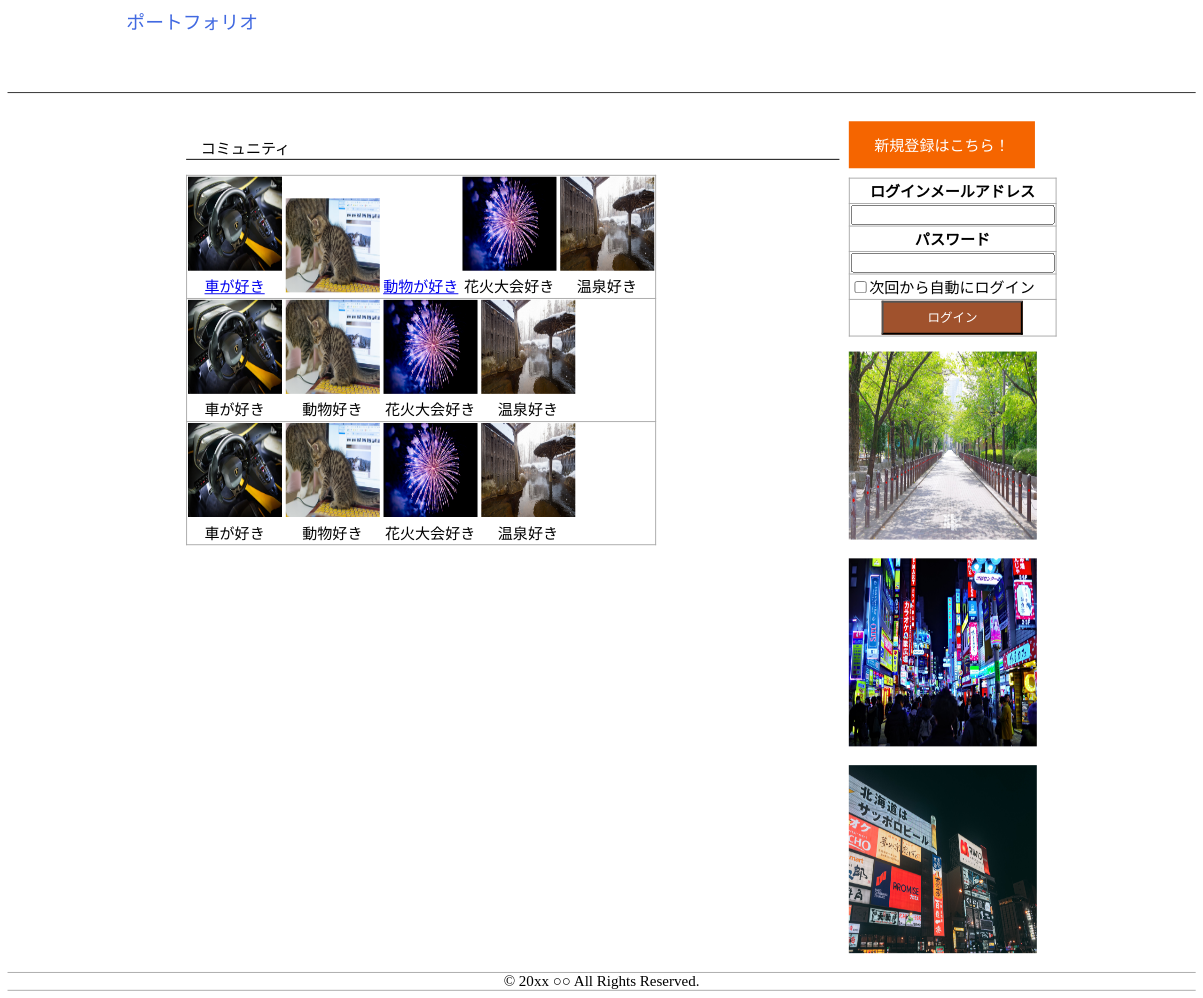
Repository: yuukiabc/samurai_PHP
Page: Login.html
The author's editor kept a record of every edit. The page is drawn from the files as they stood at one moment, then again after the next edit.
The browser window is 1280 px wide. The pictures show the whole page, at 94% of full size.

Above is the page before.

### Login.html
<!DOCTYPE html>
<html>
    <head><meta charset="UTF-8">
        <title>sns</title>
        <link rel="stylesheet"type="text/css"href="Login.css">
    </head>
    <body>

            <div class="f">
                <a href="HP.html">ポートフォリオ</a>
            </div>
            <div class="h">
            <div class="c">
                <p>　コミュニティ</p>
                <table>
                <tr>
                    <td>
                        <div class="community">
                            <img src="16.jpg" alt="画像"width="100" height="100">
                            <br><a href="#">車が好き</a>
                        </div>
                        <div class="community">
                            <img src="17.jpg" alt="画像"width="100" height="100">
                            <a href="#">動物が好き</a>
                        </div>
                        <div class="community">
                            <img src="18.jpg" alt="画像"width="100" height="100">
                            <br>花火大会好き
                        </div>
                        <div class="community">
                            <img src="19.jpg" alt="画像"width="100" height="100">
                            <br>温泉好き
                        </div>
                    </td>
                </tr>
                <tr>
                    <td>
                        <div class="community">
                            <img src="16.jpg" alt="画像"width="100" height="100">
                            <br>車が好き
                        </div>
                        <div class="community">
                            <img src="17.jpg" alt="画像"width="100" height="100">
                            <br>動物好き
                        </div>
                        <div class="community">
                            <img src="18.jpg" alt="画像"width="100" height="100">
                            <br>花火大会好き
                        </div>
                        <div class="community">
                            <img src="19.jpg" alt="画像"width="100" height="100">
                            <br>温泉好き
                        </div>
                    </td>
                </tr>
                <tr>
                    <td>
                        <div class="community">
                            <img src="16.jpg" alt="画像"width="100" height="100">
                            <br>車が好き
                        </div>
                        <div class="community">
                            <img src="17.jpg" alt="画像"width="100" height="100">
                            <br>動物好き
                        </div>
                        <div class="community">
                            <img src="18.jpg" alt="画像"width="100" height="100">
                            <br>花火大会好き
                        </div>
                        <div class="community">
                            <img src="19.jpg" alt="画像"width="100" height="100">
                            <br>温泉好き
                        </div>
                    </td>
                </tr>
                </table>
            </div>

        <div class="a">
            <a href=""class="btn">新規登録はこちら！</a>
           <div align="center">
              <table>
                  <form action="HP.html" method="get">
                        <tr>
                          <th>
                              ログインメールアドレス
                          </th>
                        </tr>
                        <tr>
                          <td>
                              <input type="email" name="log-in e-mail address" value="" size="24">
                          </td>
                        </tr>
                      <tr>
                          <th>
                             パスワード
                          </th>
                        </tr>
                        <tr>
                          <td>
                              <input type="password" name="password" value="" size="24">
                          </td>
                        </tr>
                        <tr>
                            <td>
                            <input type="checkbox" name="Automatic login" value="1">次回から自動にログイン
                            </td>
                        </tr>
                        <tr>
                          <td align="center"colspan="2">

                              <input type="submit" class="btn2"value="ログイン">

                          </td>
                        </tr>
                  </form>
              </table>
            </div>
                <p>
                    <img src="8.jpg"alt="写真">
                </p>
                <p>
                    <img src="9.jpg"alt="写真">
                </p>
                <p>
                    <img src="10.jpg"alt="写真">
                </p>
            </div>
        </div>
        <div class="g">
            <p>&copy; 20xx ○○ All Rights Reserved.</p>
        </div>
    </body>
</html>

### Login.css
.f{
    border-bottom: 1px solid #2b2b2b;
    height:90px;
}
.f a{
  margin-left: 10%;
  text-decoration: none;
  font-size: 20px;
  color: #4169e1;
}
.menu{
    border-top: 1px solid #2b2b2b;
}
.h{
    overflow: hidden;
}
.a{
    height:100%;
    width:15%;
    float:left;
    margin-top:30px;
    padding-left:10px;
    box-sizing: border-box;
}
.a img{
    height:200px;
    width:200px;
}
.g{
    border-top: 1px solid #a9a9a9;
    border-bottom: 1px solid #a9a9a9;
    text-align:center;
}
.g p{
    margin:0;
}
.c{
    height:100%;
    width:55%;
    float:left;
    margin-top:30px;
    padding-left:15%;
}
th,td{
    border:1px #000000 solid;
    border-color:#a9a9a9;
}
.community{
    display:inline-block;
    text-align:center;
}
.btn{
    display: block;
	position: relative;
	width: 173px;
	padding: 0.8em;
	text-align: center;
	text-decoration: none;
	color: #fff;
	background: #f56500;
	margin-bottom:10px;
}
.btn hover{
    opacity:0.8;
	cursor: pointer;
	text-decoration: none;
}
.btn2{
    display: block;
	position: relative;
	width: 150px;
	padding: 0.5em;
	text-align: center;
	text-decoration: none;
	color: #fff;
	background: #a0522d;

}
.btn2 hover{
    opacity:0.8;
	cursor: pointer;
	text-decoration: none;
}
table{
    border-collapse:collapse;
}
.c p{
    border-bottom:1px #000000 solid;
}

After the next edit:
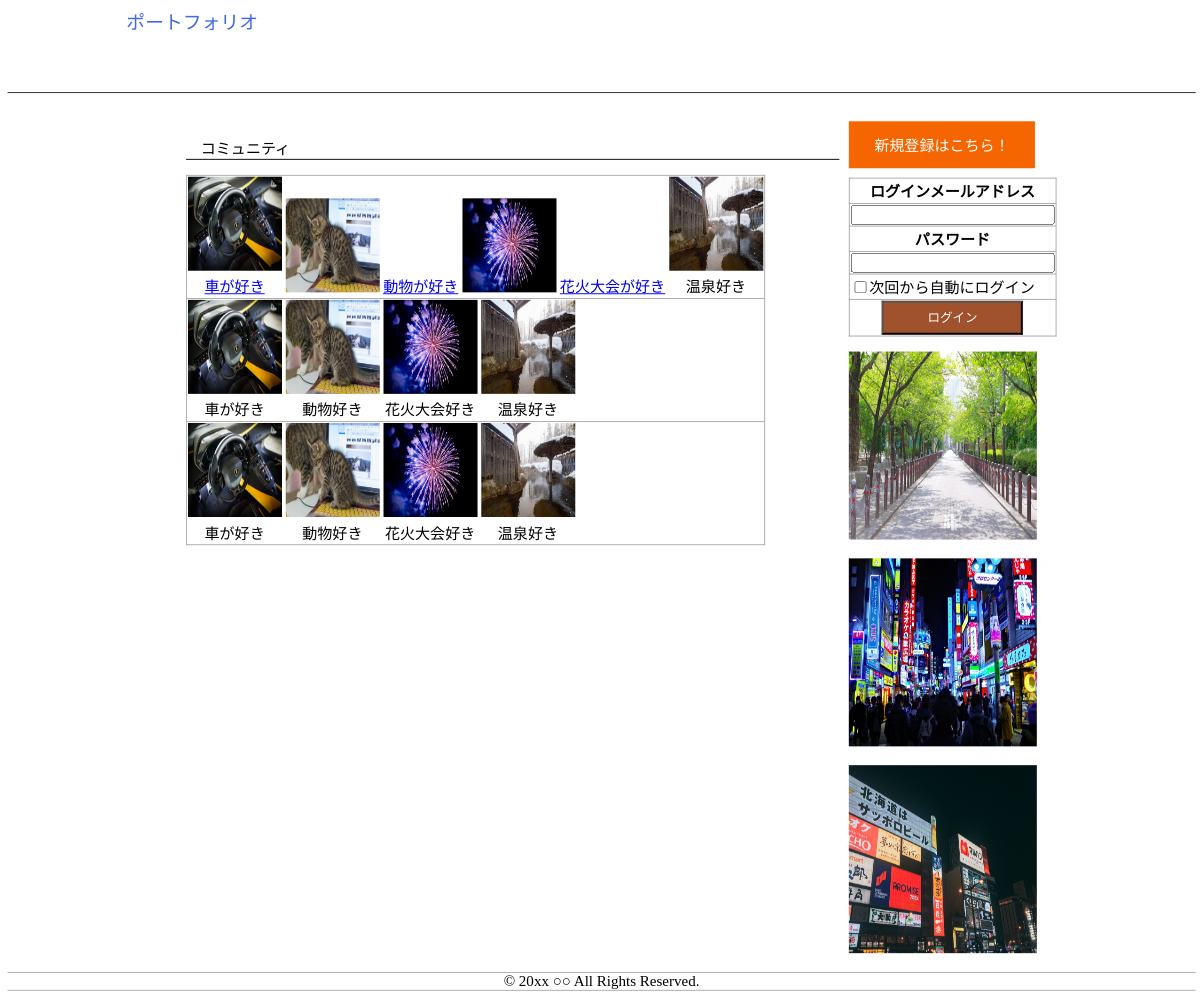
The edit:
--- a/Login.html
+++ b/Login.html
@@ -25,7 +25,7 @@
                         </div>
                         <div class="community">
                             <img src="18.jpg" alt="画像"width="100" height="100">
-                            <br>花火大会好き
+                            <a href="#">花火大会が好き</a>
                         </div>
                         <div class="community">
                             <img src="19.jpg" alt="画像"width="100" height="100">
